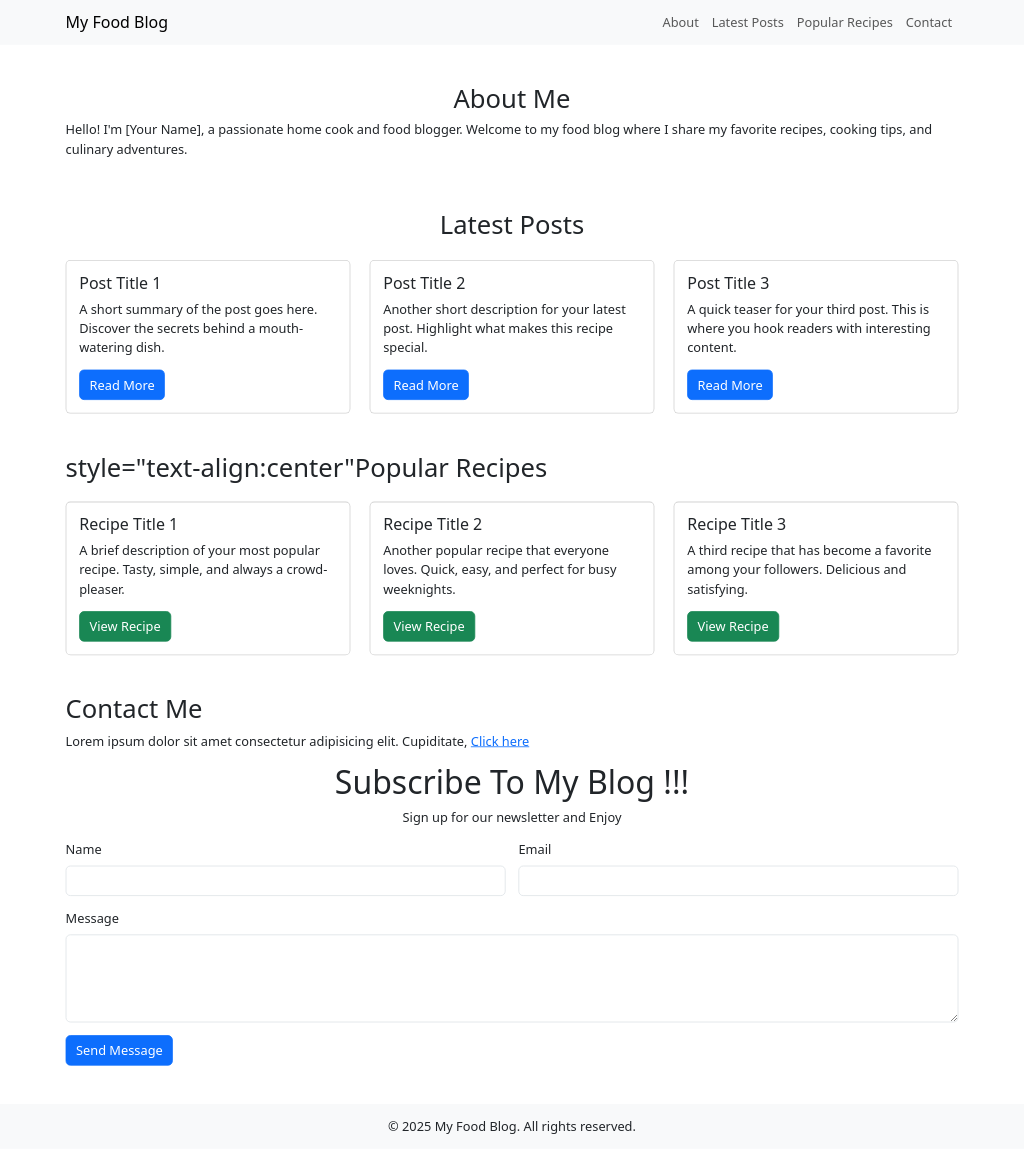
Repository: arunyerram/Web-TEChnologies
Page: 15.03.2025.html
The author's editor kept a copy of each file at every save. The page is drawn from the files as they stood at one save, then again after a run of saves.
The browser window is 1280 px wide. The pictures show the whole page, at 80% of full size.

Above is the page before, as saved 2025-03-19 11:29:53.

After the next 2 saves:
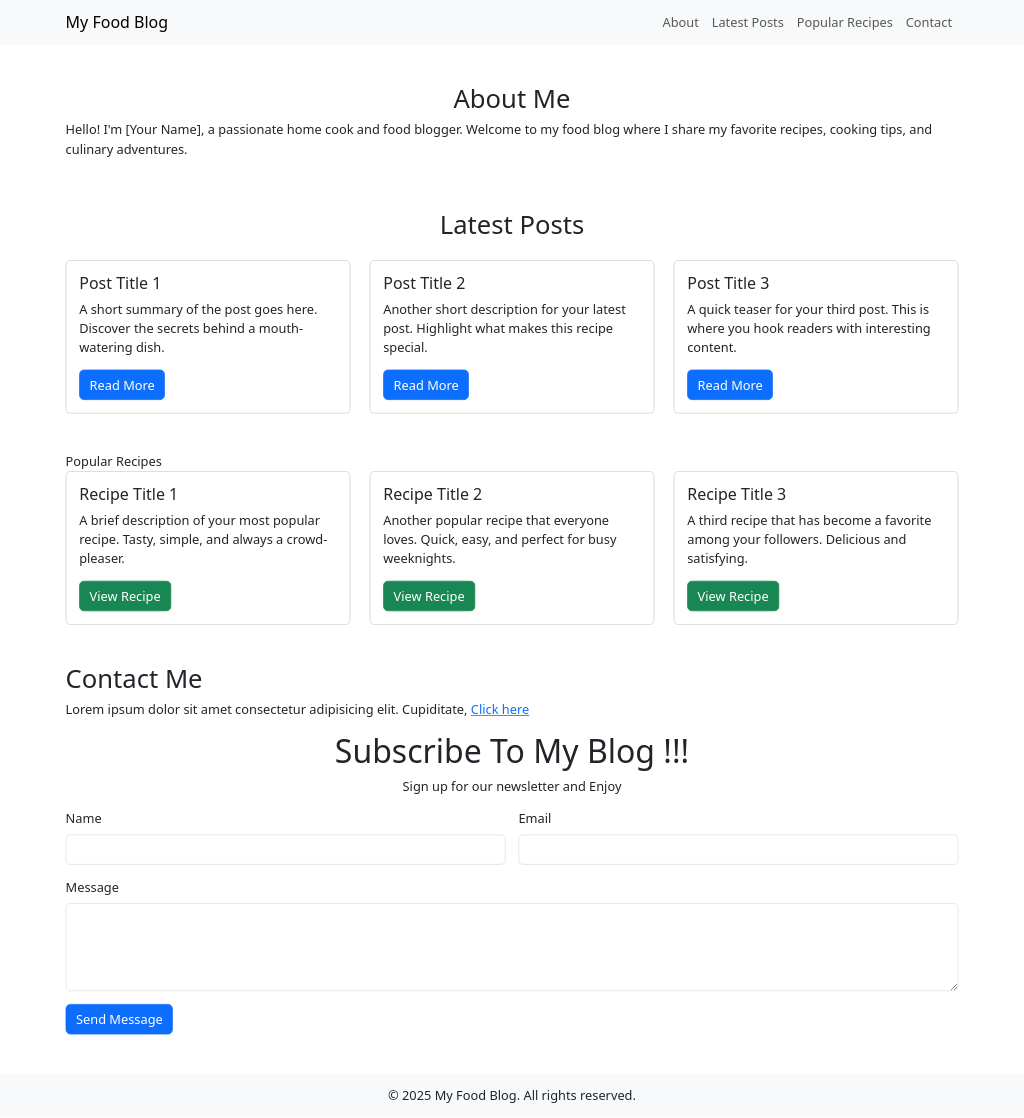
The 2 saves are shown as one change because they came seconds apart.
The last was saved 23 s later.
--- a/15.03.2025.html
+++ b/15.03.2025.html
@@ -129,7 +129,7 @@
 
     <!-- Popular Recipes -->
     <section id="popular-recipes" class="mb-5">
-      <h2 class="mb-4"> style="text-align:center"Popular Recipes</h2>
+      <h2 class="mb-4" style="text-align:center"></h2>Popular Recipes</h2>
       <div class="row row-cols-1 row-cols-md-3 g-4">
         <!-- Recipe Card 1 -->
         <div class="col">
